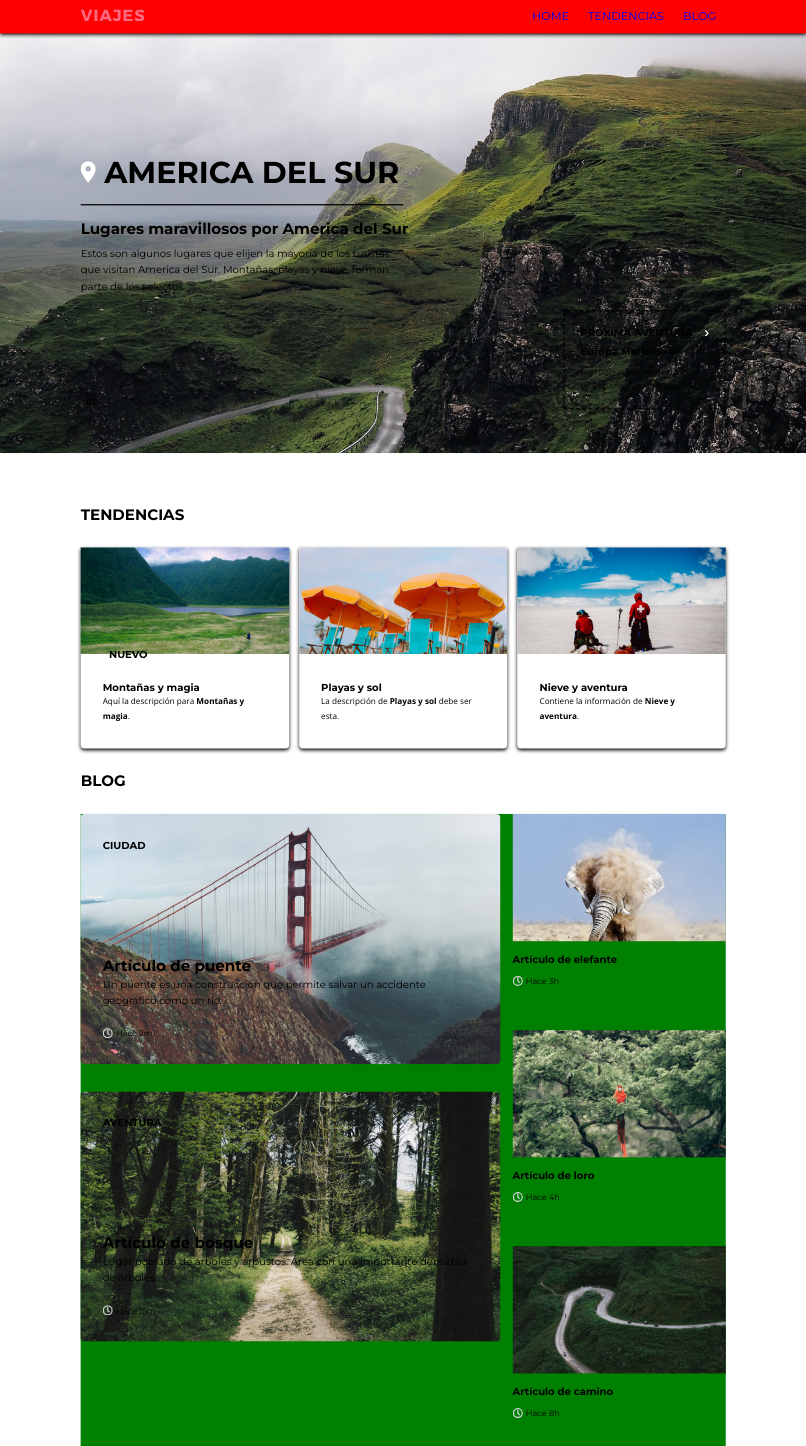
Repository: agustin-mesa/viajes
Page: /
The author's editor kept a copy of each file at every save. The page is drawn from the files as they stood at one save, then again after the next save.
The browser window is 1280 px wide. The pictures show the whole page, at 63% of full size.
The project was rebuilt for these pictures with package versions that can differ from the ones it lists, and the page was loaded fresh each time. Also part of the build but not shown: src/components/styles/colors.module.scss.

Above is the page before, as saved 2021-11-12 15:10:07.

After the next save:
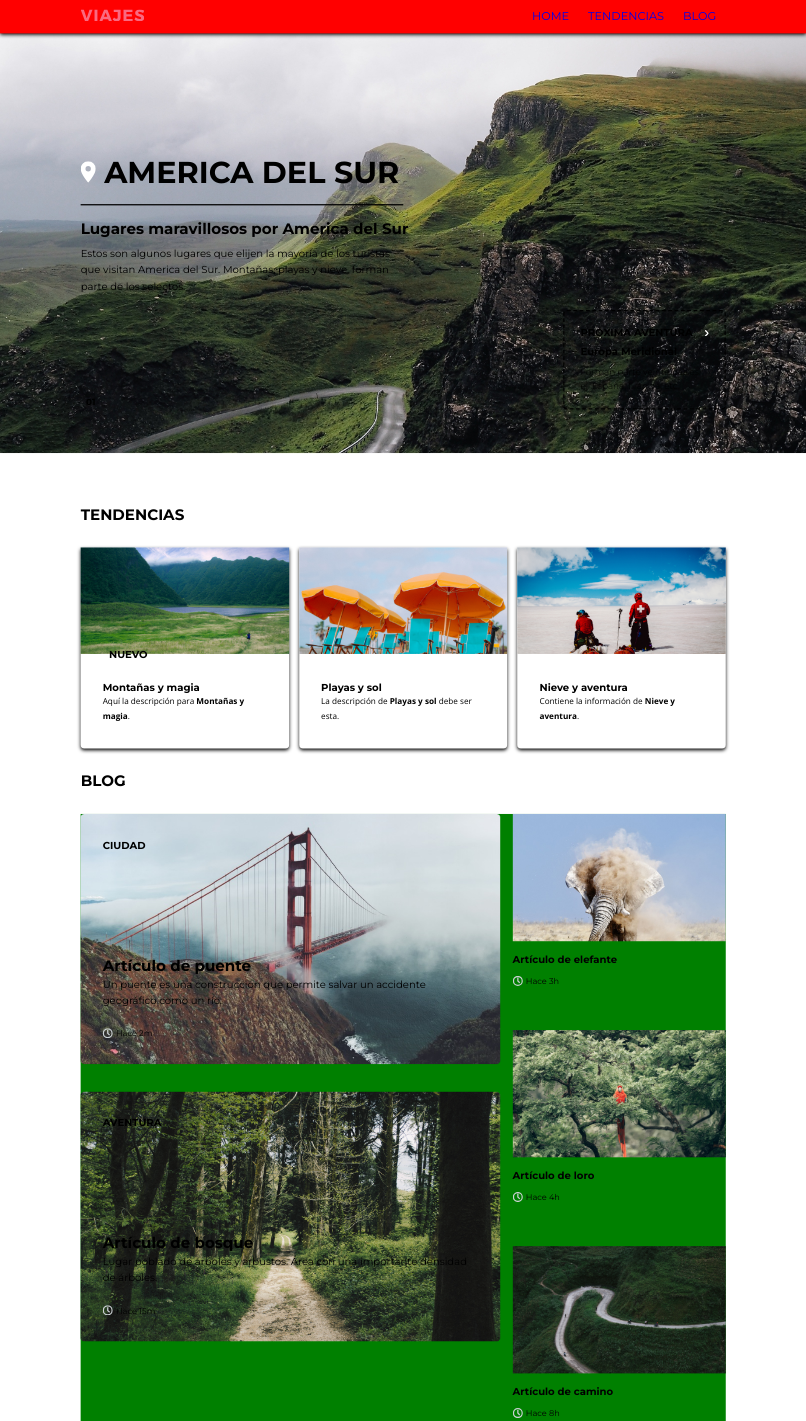
Saved 18 s later.
--- a/src/pages/Blog.js
+++ b/src/pages/Blog.js
@@ -129,6 +129,9 @@ const ContainerBlog = styled.section`
     margin: 0;
     grid-row: span 3;
   }
+  article:last-child {
+    margin: 0;
+  }
 
   @media only screen and (min-width: 1335px) {
     .blog__body {
